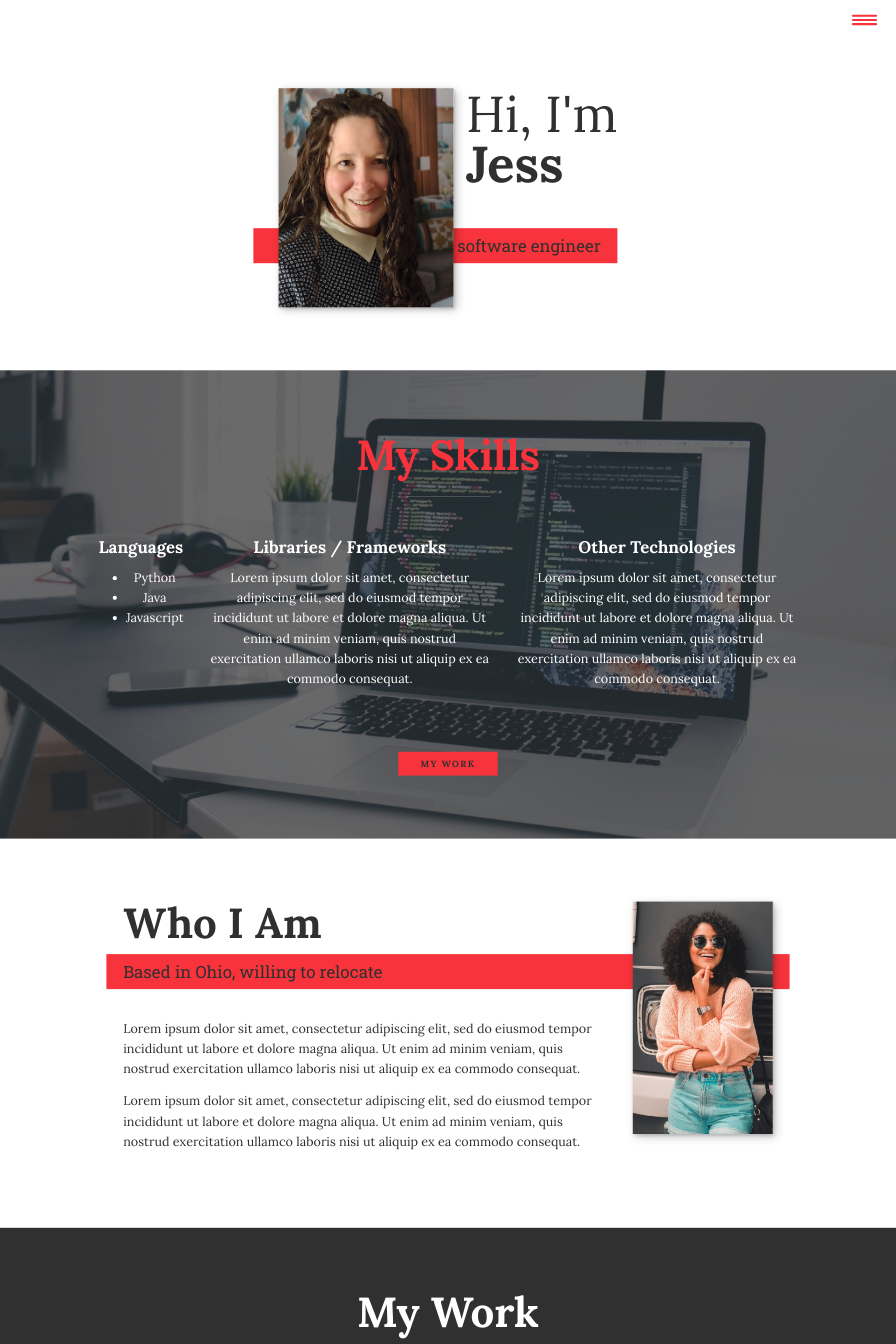
Repository: DinoDime/site
Page: index.html
These files come from the project's save history. The page is drawn as it stood at one moment and after the next save; the edit follows.
The browser window is 1280 px wide. The pictures show the part of the page from y = 0 to 1920 px (the page is 3246 px tall before and 3217 px after), at 70% of full size.
Some web libraries are served in a nearby version.

Above is the page before, as saved 2021-05-02 07:29:03.

### index.html
<!DOCTYPE html>
<html lang="en">
  <head>
    <link
      rel="stylesheet"
      href="https://cdnjs.cloudflare.com/ajax/libs/normalize/8.0.1/normalize.css"
    />
    <meta charset="UTF-8" />
    <meta name="viewport" content="width=device-width, initial-scale=1.0" />
    <title>Jess Perschke</title>
    <link
      rel="stylesheet"
      href="https://cdnjs.cloudflare.com/ajax/libs/normalize/7.0.0/normalize.min.css"
    />
    <link
      rel="stylesheet"
      href="https://cdnjs.cloudflare.com/ajax/libs/font-awesome/5.11.2/css/all.css"
      integrity="sha256-46qynGAkLSFpVbEBog43gvNhfrOj+BmwXdxFgVK/Kvc="
      crossorigin="anonymous"
    />

    <!-- Update these with your own fonts -->
    <link
      href="https://fonts.googleapis.com/css?family=Lora:400,700|Roboto+Slab:400,700&display=swap"
      rel="stylesheet"
    />

    <link rel="stylesheet" href="css/style.css" />
  </head>
  <body>
    <header>
      <button class="nav-toggle" aria-label="toggle navigation">
        <span class="hamburger"></span>
      </button>
      <nav class="nav">
        <ul class="nav__list">
          <li class="nav__item"><a href="#home" class="nav__link">Home</a></li>
          <li class="nav__item">
            <a href="#services" class="nav__link">Experience and Resume</a>
          </li>
          <li class="nav__item">
            <a href="#about" class="nav__link">About Me</a>
          </li>
          <li class="nav__item">
            <a href="#work" class="nav__link">My Work</a>
          </li>
        </ul>
      </nav>
    </header>

    <!-- Introduction -->
    <section class="intro" id="home">
      <h1 class="section__title section__title--intro">
        Hi, I'm <strong>Jess</strong>
      </h1>
      <p class="section__subtitle section__subtitle--intro">
        software engineer
      </p>
      <img
        src="img/jess.jpg"
        alt="a picture of Jess Perschke smiling"
        class="intro__img"
      />
    </section>

    <!-- My services -->
    <section class="my-services" id="services">
      <h2 class="section__title section__title--services">My Skills</h2>
      <div class="services">
        <div class="service">
          <h3>Languages</h3>
          <ul>
            <li>Python</li>
            <li>Java</li>
            <li>Javascript</li>
          </ul>
        </div>
        <!-- / service -->

        <div class="service">
          <h3>Libraries / Frameworks</h3>
          <p>
            Lorem ipsum dolor sit amet, consectetur adipiscing elit, sed do
            eiusmod tempor incididunt ut labore et dolore magna aliqua. Ut enim
            ad minim veniam, quis nostrud exercitation ullamco laboris nisi ut
            aliquip ex ea commodo consequat.
          </p>
        </div>
        <!-- / service -->

        <div class="service">
          <h3>Other Technologies</h3>
          <p>
            Lorem ipsum dolor sit amet, consectetur adipiscing elit, sed do
            eiusmod tempor incididunt ut labore et dolore magna aliqua. Ut enim
            ad minim veniam, quis nostrud exercitation ullamco laboris nisi ut
            aliquip ex ea commodo consequat.
          </p>
        </div>
        <!-- / service -->
      </div>
      <!-- / services -->

      <a href="#work" class="btn">My Work</a>
    </section>

    <!-- About me -->
    <section class="about-me" id="about">
      <h2 class="section__title section__title--about">Who I Am</h2>
      <class class="section__subtitle section__subtitle--about">
        Based in Ohio, willing to relocate
      </class>

      <div class="about-me__body">
        <p>
          Lorem ipsum dolor sit amet, consectetur adipiscing elit, sed do
          eiusmod tempor incididunt ut labore et dolore magna aliqua. Ut enim ad
          minim veniam, quis nostrud exercitation ullamco laboris nisi ut
          aliquip ex ea commodo consequat.
        </p>
        <p>
          Lorem ipsum dolor sit amet, consectetur adipiscing elit, sed do
          eiusmod tempor incididunt ut labore et dolore magna aliqua. Ut enim ad
          minim veniam, quis nostrud exercitation ullamco laboris nisi ut
          aliquip ex ea commodo consequat.
        </p>
      </div>

      <img
        src="img/dev-jane-02.jpg"
        alt="Jane leaning against a bus"
        class="about-me__img"
      />
    </section>

    <!-- My Work -->
    <section class="my-work" id="work">
      <h2 class="section__title section__title--work">My Work</h2>
      <p class="section__subtitle section__subtitle--work">
        A selection of my range of work
      </p>

      <div class="portfolio">
        <!-- Portfolio item 01 -->
        <a href="portfolio-item.html" class="portfolio__item">
          <img src="img/portfolio-01.jpg" alt="" class="portfolio__img" />
        </a>

        <!-- Portfolio item 02 -->
        <a href="portfolio-item.html" class="portfolio__item">
          <img src="img/portfolio-02.jpg" alt="" class="portfolio__img" />
        </a>

        <!-- Portfolio item 03 -->
        <a href="portfolio-item.html" class="portfolio__item">
          <img src="img/portfolio-03.jpg" alt="" class="portfolio__img" />
        </a>

        <!-- Portfolio item 04 -->
        <a href="portfolio-item.html" class="portfolio__item">
          <img src="img/portfolio-04.jpg" alt="" class="portfolio__img" />
        </a>

        <!-- Portfolio item 05 -->
        <a href="portfolio-item.html" class="portfolio__item">
          <img src="img/portfolio-05.jpg" alt="" class="portfolio__img" />
        </a>

        <!-- Portfolio item 06 -->
        <a href="portfolio-item.html" class="portfolio__item">
          <img src="img/portfolio-06.jpg" alt="" class="portfolio__img" />
        </a>

        <!-- Portfolio item 07 -->
        <a href="portfolio-item.html" class="portfolio__item">
          <img src="img/portfolio-07.jpg" alt="" class="portfolio__img" />
        </a>

        <!-- Portfolio item 08 -->
        <a href="#" class="portfolio__item">
          <img src="img/portfolio-08.jpg" alt="" class="portfolio__img" />
        </a>

        <!-- Portfolio item 09 -->
        <a href="#" class="portfolio__item">
          <img src="img/portfolio-09.jpg" alt="" class="portfolio__img" />
        </a>

        <!-- Portfolio item 0 0-->
        <a href="#" class="portfolio__item">
          <img src="img/portfolio-10.jpg" alt="" class="portfolio__img" />
        </a>
      </div>
    </section>

    <!-- Footer -->
    <footer class="footer">
      <!-- replace with your own email address -->
      <a href="mailto:jessicaperschke@mailbox.org" class="footer__link"
        >jessicaperschke@mailbox.org</a
      >
      <ul class="social-list">
        <li class="social-list__item">
          <a class="social-list__link" href="https://github.com">
            <i class="fab fa-github"></i>
          </a>
        </li>
      </ul>
    </footer>

    <script src="js/index.js"></script>
  </body>
</html>

### css/style.css
*,
*::before,
*::after {
    box-sizing: border-box;
}

/* Custom Properties, update these for your own design */

:root {
    --ff-primary: 'Lora', serif;
    --ff-secondary: 'Roboto Slab', serif;

    --fw-reg: 400;
    --fw-bold: 700;

    --clr-light: #fff;
    --clr-dark: #303030;
    --clr-accent: #f8333c;

    --fs-h1: 3rem;
    --fs-h2: 2.25rem;
    --fs-h3: 1.25rem;
    --fs-body: 1rem;

    --bs: 0.25em 0.25em 0.75em rgba(0,0,0,.25),
          0.125em 0.125em 0.25em rgba(0,0,0,.15);
}

@media (min-width: 800px) {
    :root {
        --fs-h1: 4.5rem;
        --fs-h2: 3.75rem;
        --fs-h3: 1.5rem;
        --fs-body: 1.125rem;
    }
}

/* General styles */

/* endable this to add smooth scrolling */
/* html {
    scroll-behavior: smooth;
} */


body {
    background: var(--clr-light);
    color: var(--clr-dark);
    margin: 0;
    font-family: var(--ff-primary);
    font-size: var(--fs-body);
    line-height: 1.6;
}

section {
    padding: 5em 2em;
}

img {
    display: block;
    max-width: 100%;
}

strong { font-weight: var(--fw-bold) }

:focus {
    outline: 3px solid var(--clr-accent);
    outline-offset: 3px;
}

/* Buttons */

.btn {
    display: inline-block;
    padding: .5em 2.5em;
    background: var(--clr-accent);
    color: var(--clr-dark);
    text-decoration: none;
    cursor: pointer;
    font-size: .8rem;
    text-transform: uppercase;
    letter-spacing: 2px;
    font-weight: var(--fw-bold);
    transition: transform 200ms ease-in-out;
}

.btn:hover {
    transform: scale(1.1);
}

/* Typography */

h1,
h2,
h3 {
    line-height: 1;
    margin: 0;
}

h1 { font-size: var(--fs-h1) }
h2 { font-size: var(--fs-h2) }
h3 { font-size: var(--fs-h3) }


.section__title {
    margin-bottom: .25em;
}

.section__title--intro {
    font-weight: var(--fw-reg);
}

.section__title--intro strong {
    display: block;
}

.section__subtitle {
    margin: 0;
    font-size: var(--fs-h3);
}

.section__subtitle--intro,
.section__subtitle--about {
    background: var(--clr-accent);
    padding: .25em 1em;
    font-family: var(--ff-secondary);
    margin-bottom: 1em;
}

.section__subtitle--work {
    color: var(--clr-accent);
    font-weight: var(--fw-bold);
    margin-bottom: 2em;
}

/* header */

header {
    display: flex;
    justify-content: space-between;
    padding: 1em;
}

.logo {
    max-width: 100px;
}

.nav {
    position: fixed;
    background: var(--clr-dark);
    color: var(--clr-light);
    top: 0;
    bottom: 0;
    left: 0;
    right: 0;
    z-index: 100;

    transform: translateX(100%);
    transition: transform 250ms cubic-bezier(.5, 0, .5, 1);
}

.nav__list {
    list-style: none;
    display: flex;
    height: 100%;
    flex-direction: column;
    justify-content: space-evenly;
    align-items: center;
    margin: 0;
    padding: 0;
}

.nav__link {
    color: inherit;
    font-weight: var(--fw-bold);
    font-size: var(--fs-h2);
    text-decoration: none;
}

.nav__link:hover {
    color: var(--clr-accent);
}

.nav-toggle {
    padding: .5em;
    background: transparent;
    border: 0;
    cursor: pointer;
    position: absolute;
    right: 1em;
    top: 1em;
    z-index: 1000;
}

.nav-open .nav {
    transform: translateX(0);
}

.nav-open .nav-toggle {
    position: fixed;
}

.nav-open .hamburger {
    transform: rotate(.625turn);
}

.nav-open .hamburger::before {
    transform: rotate(90deg) translateX(-6px);
}

.nav-open .hamburger::after {
    opacity: 0;
}






.hamburger {
    display: block;
    position: relative;
}

.hamburger,
.hamburger::before,
.hamburger::after {
    background: var(--clr-accent);
    width: 2em;
    height: 3px;
    border-radius: 1em;
    transition: transform 250ms ease-in-out;
}


.hamburger::before,
.hamburger::after {
    content: '';
    position: absolute;
    left: 0;
    right: 0;
}

.hamburger::before { top: 6px; }
.hamburger::after { bottom: 6px; }


/*  Intro section  */

.intro {
    position: relative;
}

.intro__img {
    box-shadow: var(--bs);
}

.section__subtitle--intro {
    display: inline-block;
}

@media (min-width: 600px) {
    .intro {
        display: grid;
        width: min-content;
        margin: 0 auto;
        grid-column-gap: 1em;
        grid-template-areas:
            "img title"
            "img subtitle";
        grid-template-columns: min-content max-content;
    }

    .intro__img {
        grid-area: img;
        min-width: 250px;
        position: relative;
        z-index: 2;
    }

    .section__subtitle--intro {
        align-self: start;
        grid-column: -1 / 1;
        grid-row: 2;
        text-align: right;
        position: relative;
        left: -1.5em;
        width: calc(100% + 1.5em);
    }
}



/*  My services section  */

.my-services {
    background-color: var(--clr-dark);
    background-image: url(../img/services-bg.jpg);
    background-size: cover;
    /* background-blend-mode: multiply; */
    color: var(--clr-light);
    text-align: center;
}

.section__title--services {
    color: var(--clr-accent);
    position: relative;
}

.section__title--services::after {
    content: '';
    display: block;
    width: 2em;
    height: 1px;
    margin: 0.5em auto 1em;
    background: var(--clr-light);
    opacity: 0.25;
}

.services {
    margin-bottom: 4em;
}

.service {
    max-width: 500px;
    margin: 0 auto;
}

@media (min-width: 800px) {
    .services {
        display: flex;
        max-width: 1000px;
        margin-left: auto;
        margin-right: auto;
    }

    .service + .service {
        margin-left: 2em;
    }
}


.about-me {
    max-width: 1000px;
    margin: 0 auto;
}

.about-me__img {
    box-shadow: var(--bs);
}

@media (min-width: 600px) {
    .about-me {
        display: grid;
        grid-template-columns: 1fr 200px;
        grid-template-areas:
            "title img"
            "subtitle img"
            "text img";
        grid-column-gap: 2em;
    }

    .section__title--about {
        grid-area: title;
    }

    .section__subtitle--about {
        grid-column: 1 / -1;
        grid-row: 2;
        position: relative;
        left: -1em;
        width: calc(100% + 2em);
        padding-left: 1em;
        padding-right: calc(200px + 4em);
    }

    .about-me__img {
        grid-area: img;
        position: relative;
        z-index: 2;
    }
}

/* My Work */

.my-work {
    background-color: var(--clr-dark);
    color: var(--clr-light);
    text-align: center;
}

.portfolio {
    display: grid;
    grid-template-columns: repeat(auto-fit, minmax(300px, 1fr));
}

.portfolio__item {
    background: var(--clr-accent);
    overflow: hidden;
}

.portfolio__img {
    transition:
        transform 750ms cubic-bezier(.5, 0, .5, 1),
        opacity 250ms linear;
}

.portfolio__item:focus {
    position: relative;
    z-index: 2;
}

.portfolio__img:hover,
.portfolio__item:focus .portfolio__img {
    transform: scale(1.2);
    opacity: .5;
}


/* footer */

.footer {
    background: #111;
    color: var(--clr-accent);
    text-align: center;
    padding: 2.5em 0;
    font-size: var(--fs-h3);

}

.footer a {
    color: inherit;
    text-decoration: none;
}

.footer__link {
    font-weight: var(--fw-bold);
}

.footer__link:hover,
.social-list__link:hover {
    opacity: .7;
}

.footer__link:hover {
    text-decoration: underline;
}

.social-list {
    list-style: none;
    display: flex;
    justify-content: center;
    margin: 2em 0 0;
    padding: 0;
}

.social-list__item {
    margin: 0 .5em;
}

.social-list__link {
    padding: .5em;
}


/* Individual portfolio item styles */

.portfolio-item-individual {
    padding: 0 2em 2em;
    max-width: 1000px;
    margin: 0 auto;
}

.portfolio-item-individual p {
    max-width: 600px;
    margin-left: auto;
    margin-right: auto;
}

Loaded but not shown: js/index.js (common file)

After the next save:
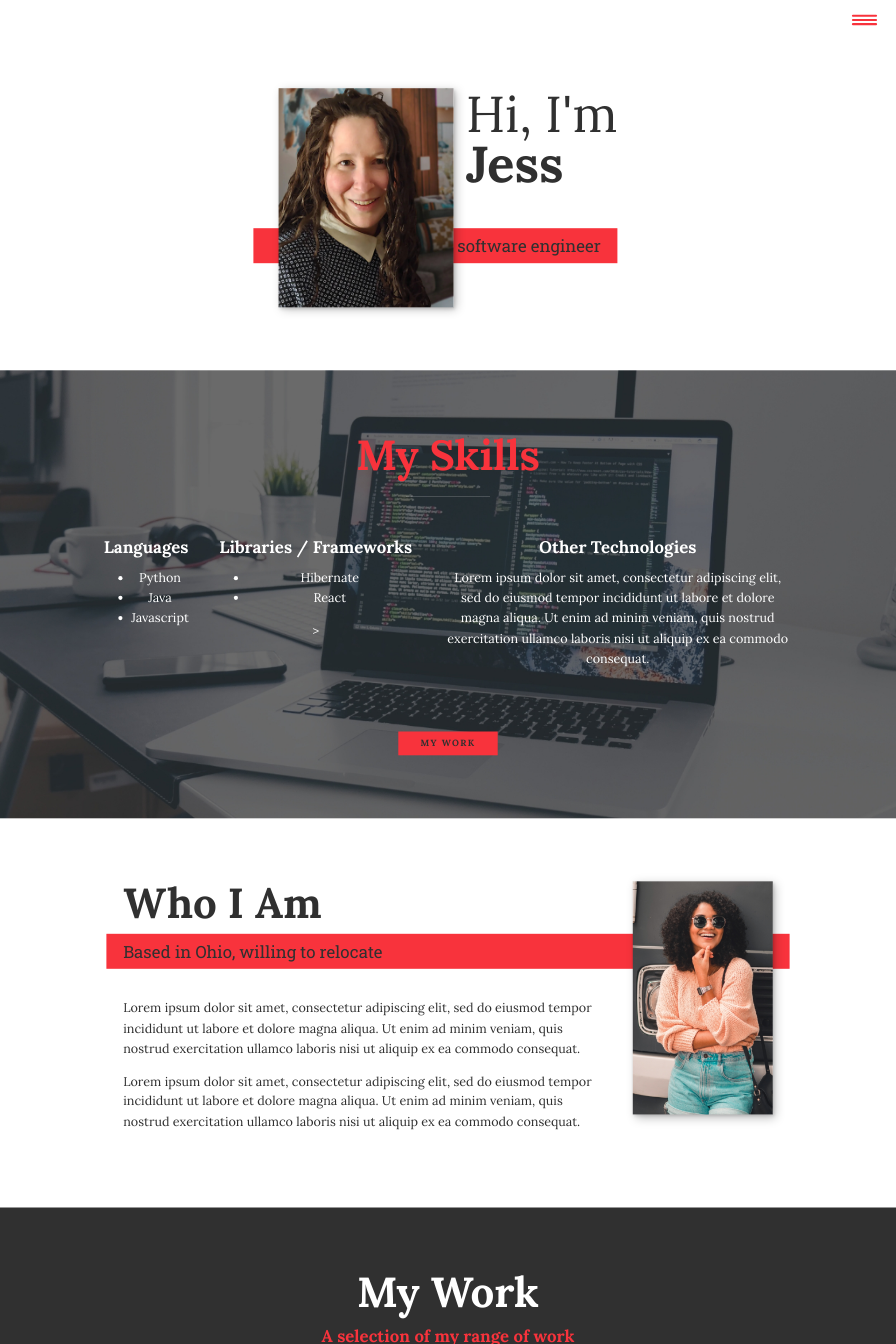
Saved 108 s later.
--- a/index.html
+++ b/index.html
@@ -79,12 +79,11 @@
 
         <div class="service">
           <h3>Libraries / Frameworks</h3>
-          <p>
-            Lorem ipsum dolor sit amet, consectetur adipiscing elit, sed do
-            eiusmod tempor incididunt ut labore et dolore magna aliqua. Ut enim
-            ad minim veniam, quis nostrud exercitation ullamco laboris nisi ut
-            aliquip ex ea commodo consequat.
-          </p>
+          <ul>
+            <li>Hibernate</li>
+            <li>React</li>
+          </ul>
+          >
         </div>
         <!-- / service -->
 
